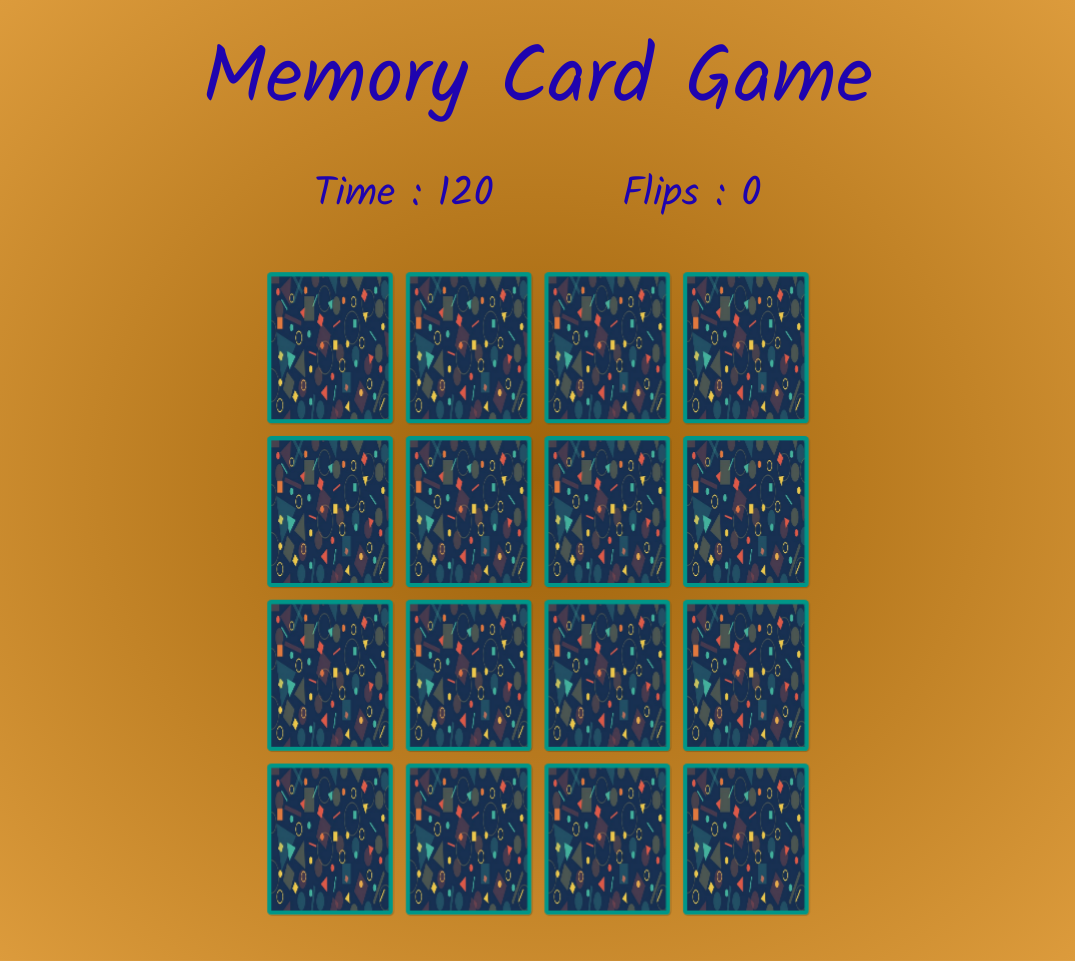
Repository: claudiadanaila1/Project-2--Interactive-FrontEnd---Memory-game
Page: index.html
The author's editor kept a record of every edit. The page is drawn from the files as they stood at one moment, then again after the next edit.
The browser window is 1280 px wide. The pictures show the whole page, at 84% of full size.

Above is the page before.

### index.html
<!DOCTYPE html>
<html lang="en">
<head>
    <meta charset="UTF-8">
    <meta name="viewport" content="width=device-width, initial-scale=1.0">
    <meta http-equiv="X-UA-Compatible" content="ie=edge">
    <link rel="stylesheet" href="css/style.css" type="text/css" />

    <title>Memory Card Game</title>
</head>
<body>
    <h1 class="title">Memory Card Game</h1>

    <div class="text-game ">Click to Start</div>
    <div class="text-game" id="game-over-text">Game Over
    <span class="text-game-restart">Click to Restart</span>
    </div>
    <div class ="text-game" id="victory-text">Congratulations you are a winner!
    <span class="text-game-restart">Click to Restart</span>
    </div>

    <div class="game-info-container">
      <div class="game-info">
        Time : <span id="time-remaining">120</span>
      </div>
      <div class="game-info">
        Flips : <span id="flips">0</span>
      </div>
    </div>

  <section class="memory-game-container">
      <div class="memory-card" data-card="jelly1">
          <img class="card-front" src="assets/images/jelly1.jpg" alt="jelly-fish"/>
          <img class="card-back"  src="assets/images/background1.jpg" alt="pattern" />
      </div>
      <div class="memory-card" data-card="jelly1">
          <img class="card-front" src="assets/images/jelly1.jpg" alt="jelly-fish"/>
          <img class="card-back"  src="assets/images/background1.jpg" alt="pattern" />
      </div>
      <div class="memory-card" data-card="jelly2">
          <img class="card-front" src="assets/images/jelly2.jpg" alt="jelly-fish"/>
          <img class="card-back"  src="assets/images/background1.jpg" alt="pattern" />
      </div>
      <div class="memory-card" data-card="jelly2">
          <img class="card-front" src="assets/images/jelly2.jpg" alt="jelly-fish"/>
          <img class="card-back"  src="assets/images/background1.jpg" alt="pattern" />
      </div>
      <div class="memory-card" data-card="jelly3">
          <img class="card-front" src="assets/images/jelly3.jpg" alt="jelly-fish"/>
          <img class="card-back"  src="assets/images/background1.jpg" alt="pattern" />
      </div>
      <div class="memory-card" data-card="jelly3">
          <img class="card-front" src="assets/images/jelly3.jpg" alt="jelly-fish"/>
          <img class="card-back"  src="assets/images/background1.jpg" alt="pattern" />
      </div>
      <div class="memory-card" data-card="jelly4">
          <img class="card-front" src="assets/images/jelly4.jpg" alt="jelly-fish"/>
          <img class="card-back"  src="assets/images/background1.jpg" alt="pattern" />
      </div>
      <div class="memory-card" data-card="jelly4">
          <img class="card-front" src="assets/images/jelly4.jpg" alt="jelly-fish"/>
          <img class="card-back"  src="assets/images/background1.jpg" alt="pattern" />
      </div>
      <div class="memory-card" data-card="jelly5">
          <img class="card-front" src="assets/images/jelly5.jpg" alt="jelly-fish"/>
          <img class="card-back"  src="assets/images/background1.jpg" alt="pattern" />
      </div>
      <div class="memory-card" data-card="jelly5">
          <img class="card-front" src="assets/images/jelly5.jpg" alt="jelly-fish"/>
          <img class="card-back"  src="assets/images/background1.jpg" alt="pattern" />
      </div>
      <div class="memory-card" data-card="jelly6">
          <img class="card-front" src="assets/images/jelly6.jpg" alt="jelly-fish"/>
          <img class="card-back"  src="assets/images/background1.jpg" alt="pattern" />
      </div>
      <div class="memory-card" data-card="jelly6">
          <img class="card-front" src="assets/images/jelly6.jpg" alt="jelly-fish"/>
          <img class="card-back"  src="assets/images/background1.jpg" alt="pattern" />
      </div>
      <div class="memory-card" data-card="jelly7">
          <img class="card-front" src="assets/images/jelly7.jpg" alt="jelly-fish"/>
          <img class="card-back "  src="assets/images/background1.jpg" alt="pattern" />
      </div>
       <div class="memory-card" data-card="jelly7">
          <img class="card-front" src="assets/images/jelly7.jpg" alt="jelly-fish"/>
          <img class="card-back"  src="assets/images/background1.jpg" alt="pattern" />
      </div>
      <div class="memory-card" data-card="jelly8">
          <img class="card-front" src="assets/images/jelly8.jpg" alt="jelly-fish"/>
          <img class="card-back"  src="assets/images/background1.jpg" alt="pattern" />
      </div>
      <div class="memory-card" data-card="jelly8">
          <img class="card-front" src="assets/images/jelly8.jpg" alt="jelly-fish"/>
          <img class="card-back"  src="assets/images/background1.jpg" alt="pattern" />
      </div>

  </section>

  <script type="text/javascript" src="script.js"></script>
</body>
</html>

### css/style.css

@import url('https://fonts.googleapis.com/css?family=Kalam&display=swap');


* {
    padding: 0;
    margin: 0;
    box-sizing: border-box;
}

html {
   min-height: 100vh;
    display: flex;
    background:radial-gradient(#9e620a, #dc9b3c);
}

body{
    margin:auto;
    justify-content:center;
}

/* title and game info container */

.title {
    font-family:"Kalam", sans-serif;
    font-size: 6em;
    text-align: center;
    font-weight: normal;
    color:#1f04af;
    margin:20px;
}

.sub-title {
    font-family:"Kalam", sans-serif;
    font-size:2em;
    text-align: center;
    color:black;
    margin:50px;
}

.game-info-container {
    grid-column: 1/-1;
    justify-content:space-evenly;
    display: flex;
    margin-bottom:10px;
}

.game-info {
    font-family: "Kalam", sans-serif;
    font-size:3em;
    color:#1f04af;
}

/* styles for the memory game container and cards */


.memory-game-container {
 display:grid;
  grid-template-columns: repeat(4, auto);
  grid-gap: 5px;
  margin: 50px;
  justify-content: center;
  perspective: 1000px;
}

.memory-card {
  width: 150px;
  height: 180px;
  margin: 5px;
  position: relative;
  transform: scale(1);
  transform-style: preserve-3d;
  transition: transform .5s;
  border-radius:5px;
  box-shadow: 1px 1px 1px rgba(0,0,0,.2);
}

.memory-card:active {
  transform: scale(0.96);
  transition: transform .3s ease-in;
}

.memory-card.flip {
  transform: rotateY(180deg);
}

.card-front,
.card-back {
  width: 100%;
  height: 100%;
  padding: 5px;
  position: absolute;
  border-radius: 5px;
  background: #009688;;
  backface-visibility: hidden;
}

.card-front {
  transform: rotateY(180deg);
}


/* game text for start, victory and game over */

.text-game {
    font-family: "Kalam", sans-serif;
    color:#0cb5dc;
    position:fixed;
    top:0;
    bottom:0;
    right:0;
    left:0;
    align-items:center;
    justify-content:center;
    z-index: 100;
    display:none;
}

.text-game-restart {
    font-size:1em;
}

.text-game.active {
    display:flex;
    flex-direction:column;
    animation:text-grow 500ms forwards;
}

@keyframes text-grow {
    from {
    background-color: rgba(0, 0, 0, 0);
    font-size: 0;
  }
  to {
    background-color: rgba(0, 0, 0, .8);
    font-size: 7em;
  }
}


/*media queries game info and memory game containers */

@media (max-width: 600px){
.memory-game-container {
     grid-template-columns: repeat(2, auto);
}
.game-info-container {
    flex-direction: column;
    align-items: center;
  }
}

### script.js
// the Match Game function which contains all functionality of the game
class MatchGame {
    constructor (cards, totalTime){
        this.cardsArray = cards;
        this.totalTime = totalTime;
        this.timeRemaining = totalTime;
        this.timer = document.getElementById('time-remaining');
        this.ticker = document.getElementById('flips');
    }
    // start game function initiate the game
    startGame(){
        this.cardToCheck = null;
        this.totalClicks = 0;
        this.timeRemaining = this.totalTime;
        this.matchedCards = [];
        this.busy = true;
        setTimeout(function ()  {
            this.shuffle();
            this.countDown = this.startCountDown();
            this.busy = false;
        }, 500);
        this.hideCards();
        this.timer.innerText = this.timeRemaining;
        this.ticker.innerText = this.totalClicks;

    }

    // hide the cards when they are not clicked

   hideCards() {
        this.cardsArray.forEach(card => {
            card.classList.remove('flip');
        });
    }

 // flip card function

  flipCard(card) {
      if(this.canFlipCard(card)) {
            this.totalClicks++;
            this.ticker.innerText = this.totalClicks;
            card.classList.add('flip');

            if(this.cardToCheck)
                this.checkForMatch(card);
            else
                this.cardToCheck = card;

        }
  }

   // checking for match

  checkForMatch(card) {
        if(this.getAttribute('data-card') === this.getAttribute(this.cardToCheck)){
            this.cardMatch(card, this.cardToCheck);
       } else {
            this.disableCards(card, this.cardToCheck);
}
        this.cardToCheck = null;
    }

    // card match pushes matched cards to an array

    cardMatch(card1, card2) {
        this.matchedCards.push(card1);
        this.matchedCards.push(card2);
        if(this.matchedCards.length === this.cardsArray.length)
        this.victory();
    }

    // disable cards when they are not a match

    disableCards(card1, card2) {
        this.busy = true;
        setTimeout(() => {
            card1.classList.remove('flip');
            card2.classList.remove('flip');
            this.busy = false;
        }, 1000);
    }
    startCountDown() {
        return setInterval(() => {
            this.timeRemaining--;
            this.timer.innerText = this.timeRemaining;
            if(this.timeRemaining === 0)
                this.gameOver();
        }, 1000);
    }
    gameOver() {
        clearInterval(this.countDown);
        document.getElementById('game-over-text').classList.add('visible');
    }
    victory() {
        clearInterval(this.countDown);
        document.getElementById('victory-text').classList.add('visible');
    }

    shuffle () {
        for(let i = this.cardsArray.length - 1; i > 0; i--) {
            let randIndex = Math.floor(Math.random() * (i+1));
            this.cardsArray[randIndex].style.order = i;
            this.cardsArray[i].style.order = randIndex;
        }
    }

    canFlipCard(card) {
        return !this.busy && !this.matchedCards.includes(card) && card !== this.cardToCheck;
    }

}

function ready() {
    let textGame = Array.from(document.getElementsByClassName('text-game'));
    let cards = Array.from(document.getElementsByClassName('memory-card'));
    let game = new MatchGame(100, cards);

    textGame.forEach( function(textGame) {
        textGame.addEventListener('click', function () {
            textGame.classList.remove('visible');
            game.startGame();
        });
    });
    cards.forEach(function (card) {
    card.addEventListener('click', function () {
        game.flipCard(card);
    });
});
}

if(document.readyState === 'loading') {
    document.addEventListener('DOMContentLoaded', ready());
} else {
    ready();
}

After the next edit:
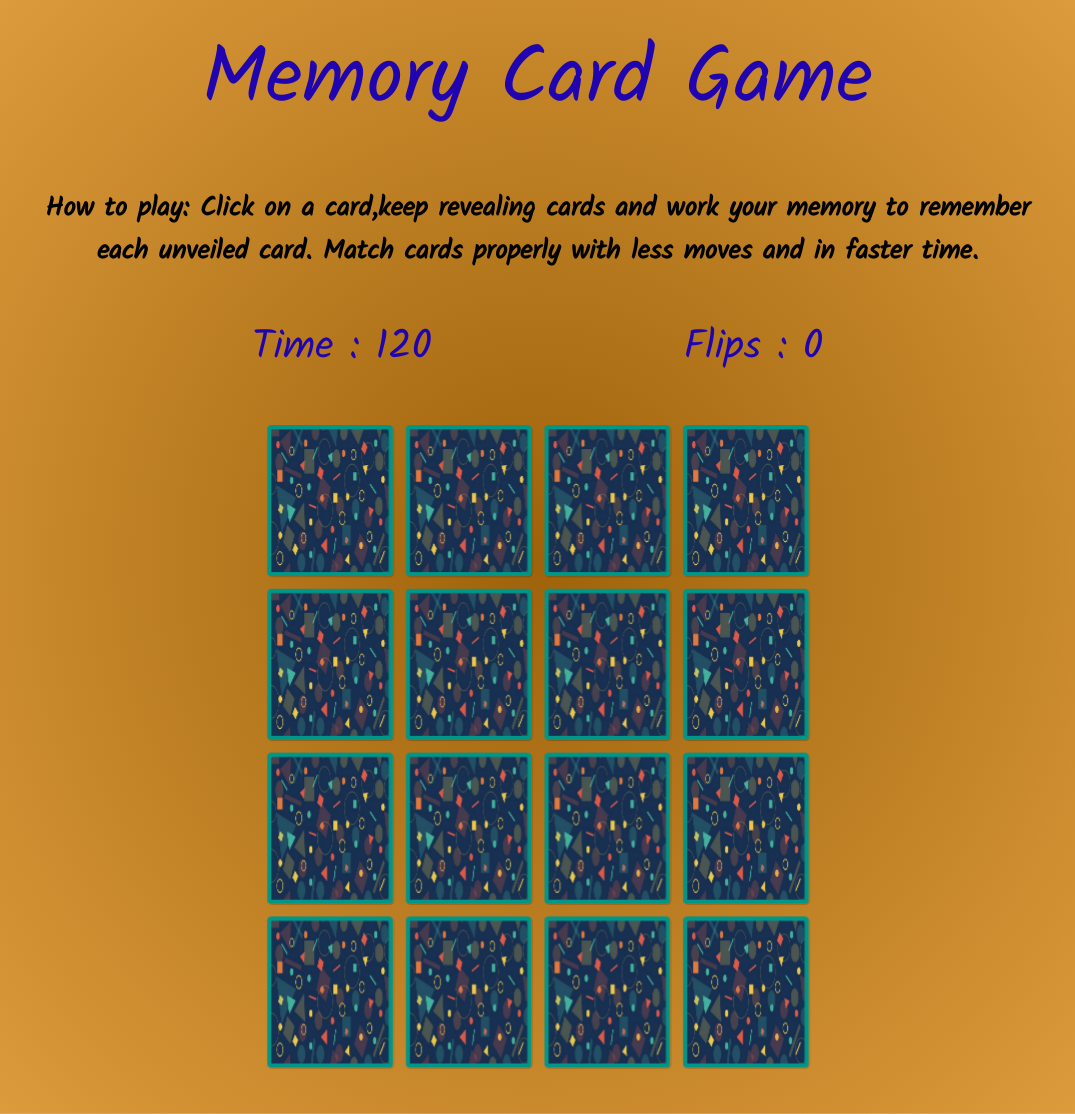
The edit:
--- a/index.html
+++ b/index.html
@@ -10,8 +10,10 @@
 </head>
 <body>
     <h1 class="title">Memory Card Game</h1>
+    <h4 class="sub-title active">How to play: Click on a card,keep revealing cards and work your memory to remember each unveiled card.
+Match cards properly with less moves and in faster time. </h4>
 
-    <div class="text-game ">Click to Start</div>
+    <div class="text-game">Click to Start</div>
     <div class="text-game" id="game-over-text">Game Over
     <span class="text-game-restart">Click to Restart</span>
     </div>
